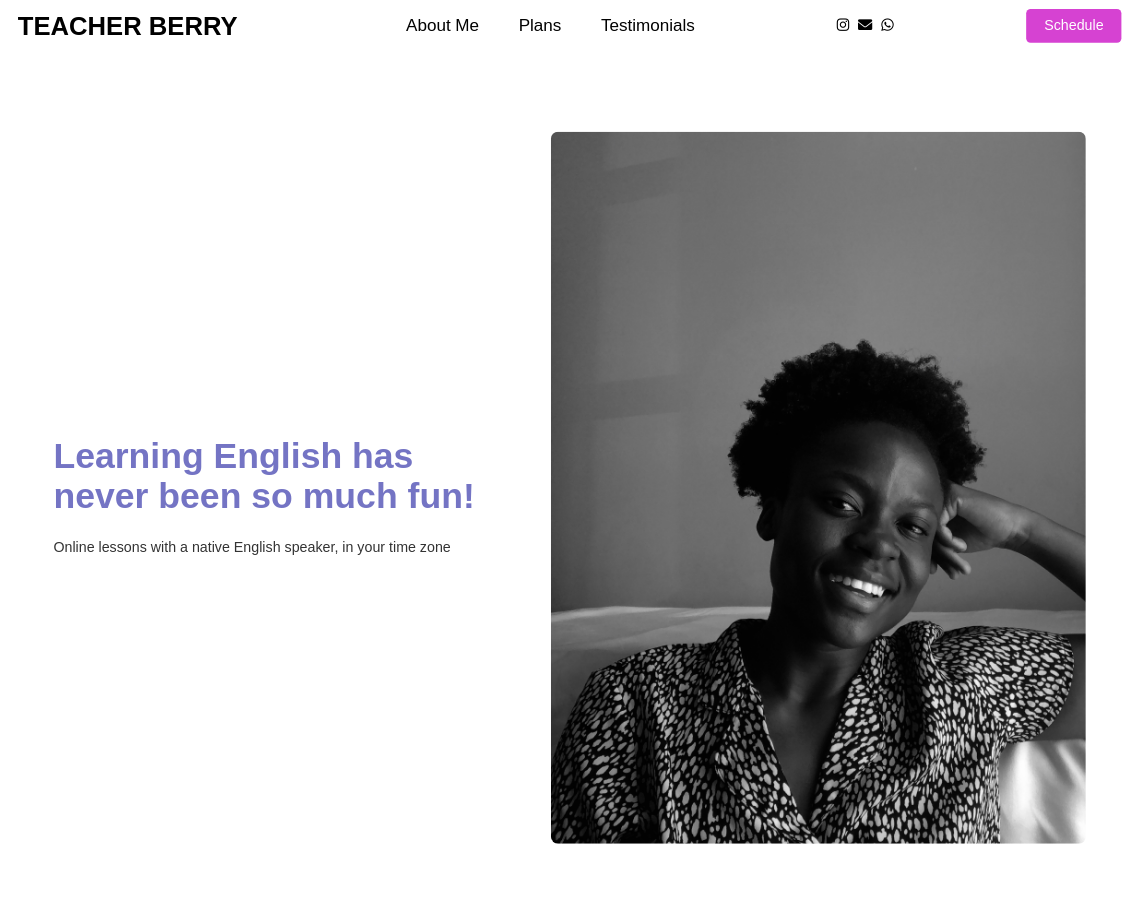
Repository: ntandomagana/esl-landing-page
Page: index.html
An editor plug-in stored every save of this project. The page is shown before and after the next save, followed by the edit.
The browser window is 1280 px wide. The pictures show the whole page, at 89% of full size.

Above is the page before, as saved 2024-07-16 23:40:33.

After the next save:
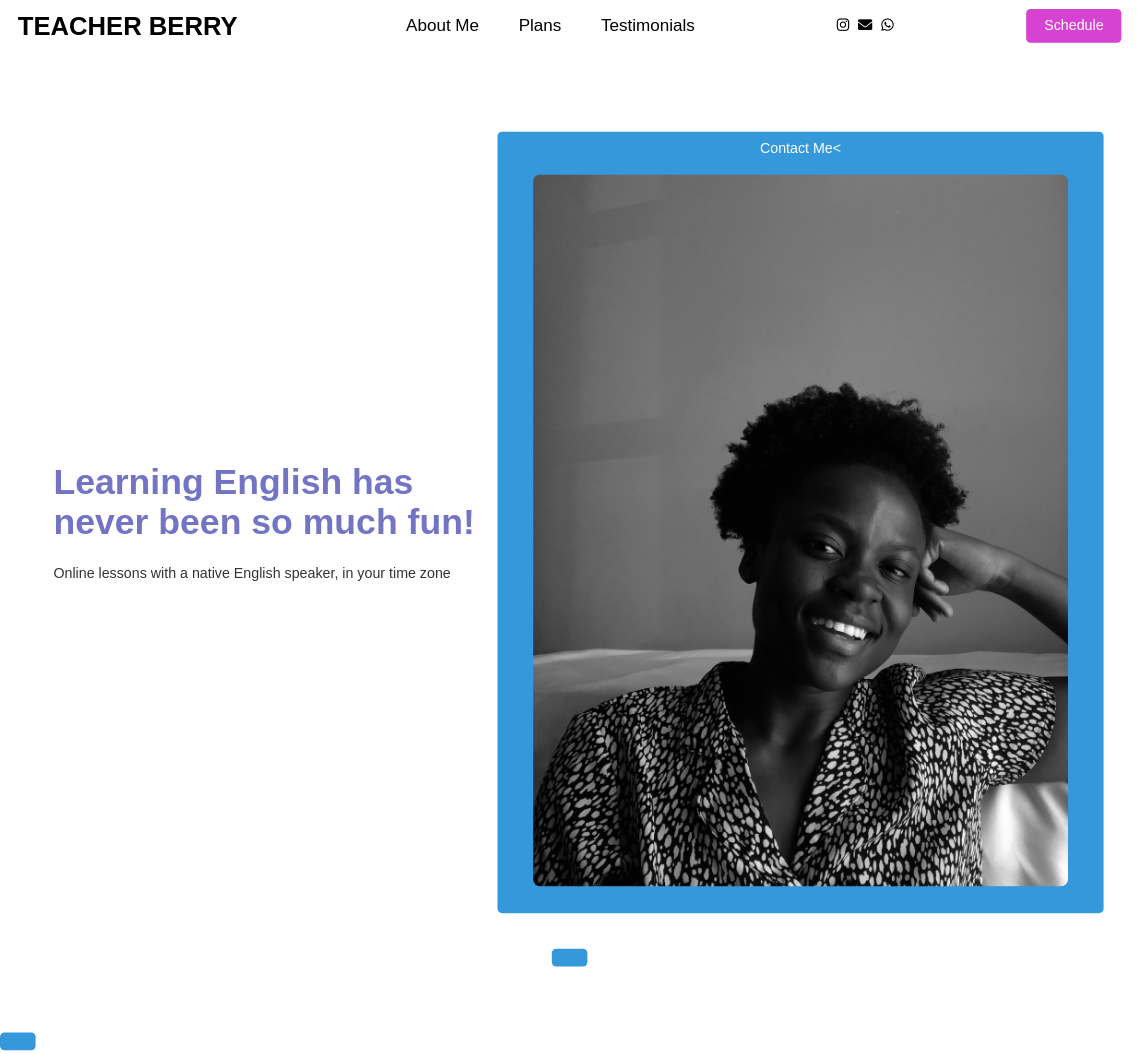
Saved 93 s later.
--- a/index.html
+++ b/index.html
@@ -40,8 +40,7 @@
 
 
             </div>
-            <a href="#" class="action-button>"Take your first lesson here.</a>
-
+<a href="#contact" class="action-button">Contact Me<
             <div class="right-content">
                 <img src="./assets/bwpp.jpg" alt="Teacher Berry's Image">
 

After the save that followed:
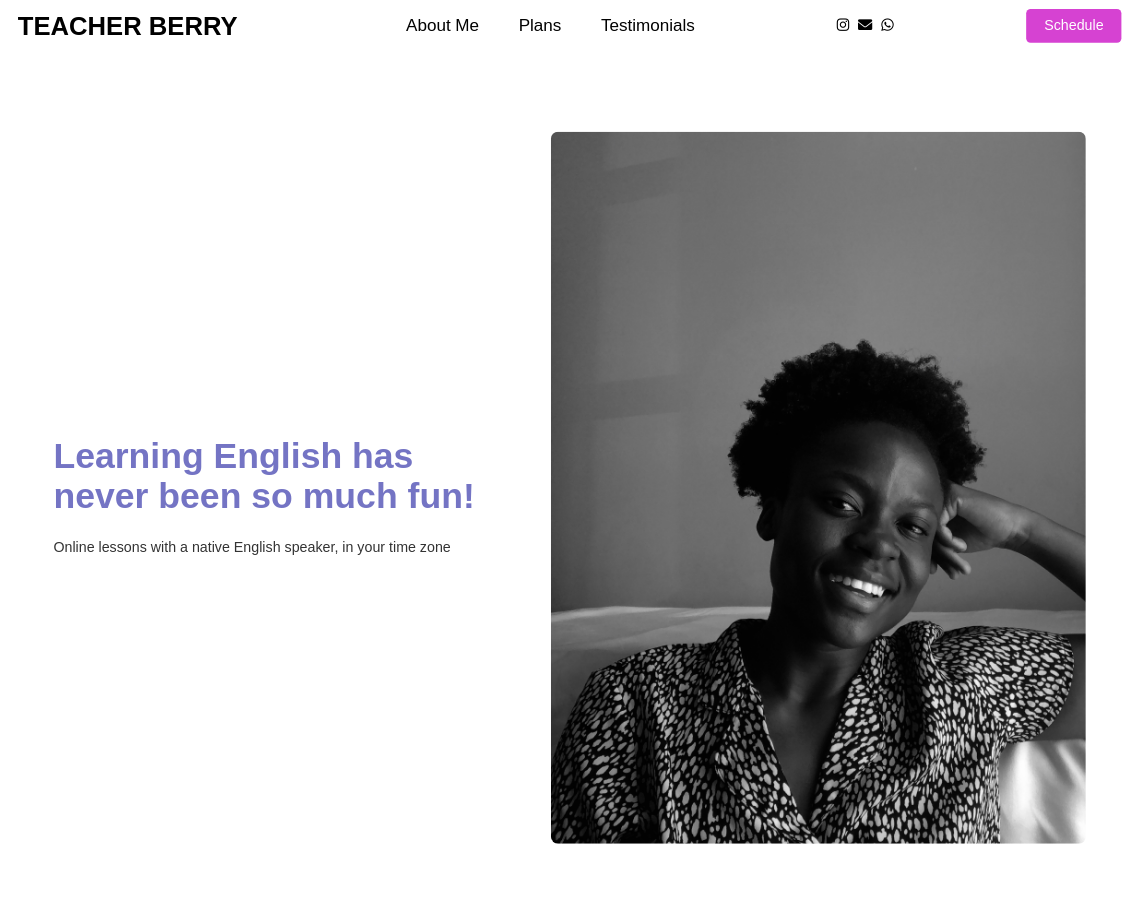
Saved 14 s later.
--- a/index.html
+++ b/index.html
@@ -40,7 +40,8 @@
 
 
             </div>
-<a href="#contact" class="action-button">Contact Me<
+            <a href="#" class="action-button>"Take your first lesson here.</a>
+
             <div class="right-content">
                 <img src="./assets/bwpp.jpg" alt="Teacher Berry's Image">
 
